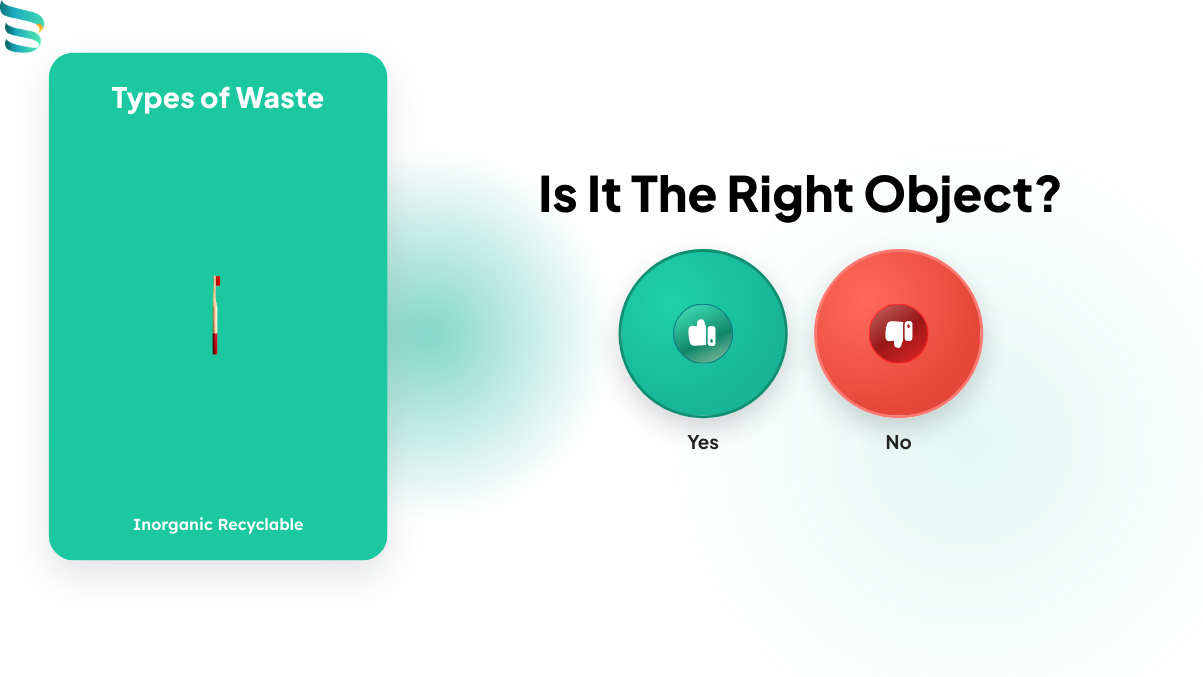
Repository: william-saputra/nusabin
Page: pages/products.html
The author's editor kept a copy of each file at every save. The page is drawn from the files as they stood at one save, then again after the next save.
The browser window is 1280 px wide. The pictures show the whole page, at 94% of full size.

Above is the page before, as saved 2025-08-13 10:55:27.

### pages/products.html
<!DOCTYPE html>
<html lang="en">
  <head>
    <meta charset="UTF-8" />
    <meta name="viewport" content="width=device-width, initial-scale=1.0" />
    <title>Nusabin – Products</title>
    <link href="https://fonts.googleapis.com/css2?family=Lexend:wght@400;600;700;800&family=Plus+Jakarta+Sans:wght@600;700;800&display=swap" rel="stylesheet" />
    <link rel="stylesheet" href="../styles/base.css" />
    <link rel="stylesheet" href="../styles/pages/products.css" />
  </head>
  <body>
    <div class="products-page">
      <header class="topbar">
        <img src="../assets/images/green_logo.png" alt="Nusabin" class="logo" />
        <div class="spacer"></div>
      </header>

      <main class="products-layout container">
        <section class="left-col">
          <article class="waste-card" aria-label="Types of Waste card">
            <h2 class="card-title">Types of Waste</h2>
            <div class="waste-visual">
              <img src="../assets/images/toothbrush.png" alt="Toothbrush" class="waste-image" />
            </div>
            <div class="waste-label">Inorganic Recyclable</div>
          </article>
        </section>

        <section class="right-col">
          <h1 class="page-heading">Is It The Right Object?</h1>
          <div class="actions" role="group" aria-label="Confirmation actions">
            <div class="action">
              <button class="round-btn yes" type="button" aria-label="Yes">
                <img src="../assets/icons/yes.svg" alt="Yes" />
              </button>
              <div class="btn-caption">Yes</div>
            </div>
            <div class="action">
              <button class="round-btn no" type="button" aria-label="No">
                <img src="../assets/icons/no.svg" alt="No" />
              </button>
              <div class="btn-caption">No</div>
            </div>
          </div>
        </section>
      </main>
    </div>
  </body>
  </html>

### styles/base.css
:root {
  --bg: #f6f9f8;
  --card: #ffffff;
  --text: #0b1220;
  --muted: #6b7280;
  --primary: #1cb59b;
  --danger: #e53935;
  --warning: #ffb74d;
  --ring: rgba(28, 181, 155, 0.35);
}

* { box-sizing: border-box; }
html, body { height: 100%; }
body {
  margin: 0;
  font-family: Lexend, Inter, system-ui, -apple-system, Segoe UI, Roboto, Helvetica, Arial, "Apple Color Emoji", "Segoe UI Emoji";
  color: var(--text);
  background: radial-gradient(1200px 700px at 70% 70%, #7ed8c4 0%, #b8efe5 35%, #f6f9f8 65%) no-repeat fixed;
}

/* Generic layout */
.homepage { padding: 24px; }
.topbar { display: flex; align-items: center; gap: 16px; }
.spacer { flex: 1 1 auto; }
.logo { height: 56px; }

.theme-toggle { display: flex; align-items: center; gap: 10px; font-weight: 600; }
.theme-toggle .label { opacity: 0.9; }

/* Toggle */
.switch { position: relative; display: inline-block; width: 54px; height: 30px; }
.switch input { display: none; }
.slider { position: absolute; cursor: pointer; top: 0; left: 0; right: 0; bottom: 0; background: #111; transition: .2s; border-radius: 999px; }
.slider:before { position: absolute; content: ""; height: 22px; width: 22px; left: 4px; bottom: 4px; background: #fff; transition: .2s; border-radius: 50%; }
input:checked + .slider { background: #cdd2d6; }
input:checked + .slider:before { transform: translateX(24px); }

/* Alerts */
.alerts { display: grid; grid-template-columns: 1fr; gap: 12px; margin: 18px 0; }
.alert { display: grid; grid-template-columns: auto 1fr auto; align-items: center; gap: 12px; padding: 8px 16px; border-radius: 50px; box-shadow: 0 8px 24px rgba(0,0,0,.06); font-family: Lexend, Inter, sans-serif; border: 1px solid currentColor; }
.alert .text { font-weight: 600; letter-spacing: .2px; }
.alert .close { appearance: none; border: 0; background: transparent; cursor: pointer; opacity: 0.6; font-size: 16px; color: inherit; }
.alert.pill[data-variant="danger"] { color: #FF2828; background: #FFECEC; }
.alert.pill[data-variant="warning"] { color: #EA800E; background: #FFF2E3; }
.alert-icon { flex: 0 0 auto; width: 40px; height: 40px; }

/* Align alerts: left and right margins consistent */
.left-col .alerts, .right-panel .alerts { margin: 16px 8px; }

/* Page bottom glow circle */
.page-bottom-decor { position: fixed; left: 50%; bottom: -180px; transform: translateX(-50%); width: 1200px; height: 1200px; border-radius: 50%; background: radial-gradient(closest-side, rgba(18,184,134,0.35), rgba(18,184,134,0) 70%); filter: blur(12px); pointer-events: none; z-index: -1; }

/* Main layout */
.layout { display: grid; grid-template-columns: 1.35fr 480px; gap: 24px; align-items: start; }
.left-col { display: block; }
.left-grid { display: grid; grid-template-columns: 1.7fr 1fr; gap: 18px; }

.card { background: var(--card); border-radius: 22px; padding: 28px; box-shadow: 0 6px 20px rgba(0,0,0,.06); position: relative; overflow: hidden; }
.card::before, .card::after { content: ""; position: absolute; pointer-events: none; border-radius: 50%; filter: blur(40px); opacity: 0.9; }
.card::before { width: 260px; height: 180px; top: -70px; right: 30px; background: radial-gradient(closest-side, rgba(255,189,57,0.55), rgba(255,189,57,0) 70%); }
.card::after  { width: 220px; height: 160px; top: -50px; left: 40%; transform: translateX(-50%); background: radial-gradient(closest-side, rgba(255,225,149,0.55), rgba(255,225,149,0) 70%); }
.card-buckets { display: block; background: #E2F6EC; min-height: 460px; }
.card-bucket-single { display: block; background: #E2F6EC; min-height: 460px; }

.bucket-group { display: grid; grid-template-columns: 1fr 1fr; gap: 36px; justify-items: center; }
.bucket-item { display: grid; justify-items: center; gap: 10px; }
.bucket-svg { width: 100%; max-width: 240px; height: auto; display: block; }
.bucket-static { pointer-events: none; }

.bucket-metrics { text-align: center; }
.bucket-metrics .percent { font-weight: 800; font-size: 28px; color: #12B886; }
.bucket-metrics .percent.danger { color: #F44336; }
.bucket-metrics .liter { color: #6C757D; font-size: 16px; }

.chip { display: inline-flex; flex-direction: column; align-items: center; gap: 4px; padding: 14px 22px; border-radius: 16px; background: #fff; border: 1.5px solid #0DC798; font-size: 22px; line-height: 1.1; min-height: 52px; min-width: 240px; }
.chip span { color: #6C757D; font-weight: 500; }
.chip strong { font-weight: 700; }
.chip-positive strong { color: #12B886; }
.chip-negative strong { color: #F44336; }
.chip {
  background-image: radial-gradient(circle at 20% 20%, rgba(13, 207, 173, 0.12) 0 20%, rgba(13, 207, 173, 0) 21%),
                    radial-gradient(circle at 80% 60%, rgba(13, 207, 173, 0.12) 0 20%, rgba(13, 207, 173, 0) 21%);
  background-size: 120px 120px, 140px 140px;
}

.chip-2line { font-size: 15px; }

.right-panel { display: grid; grid-template-rows: 1fr auto; gap: 18px; }
.right-panel { background: linear-gradient(180deg, #72c9bd 0%, #3ba79b 35%, #1b6f67 100%); padding: 20px; border-radius: 16px; }
.machine-wrapper { display: grid; place-items: center; background: linear-gradient(180deg, rgba(255,255,255,0.18), rgba(255,255,255,0)); border-radius: 16px; min-height: 400px; box-shadow: inset 0 0 0 1px rgba(255,255,255,0.15); }
.machine { max-width: 100%; height: auto; object-fit: contain; transform: scale(1.3); transform-origin: center; }

.status-panel { background: transparent; border-radius: 16px; padding: 0; display: grid; gap: 16px; }
.status-row { display: flex; align-items: center; justify-content: space-between; padding: 16px 18px; border-radius: 18px; }
.status-row .label { font-weight: 600; font-size: 24px; }
.status-row.variant-dark { background: #1f3b3f; color: #ffffff; }
.status-row.variant-light { background: #ffffff; color: #111; border: 3px solid #22c3a4; box-shadow: 0 8px 24px rgba(0,0,0,.08); }
.status-pill { border-radius: 999px; padding: 10px 22px; font-weight: 600; font-size: 18px; }
.pill-open { background: #f1c24e; color: #ffffff; border: 4px solid #ffffff; box-shadow: 0 2px 0 rgba(0,0,0,.06) inset; }
.pill-on { background: #ecfffb; color: #12b89a; border: 4px solid #12b89a; }

.clickable-area { cursor: pointer; }

/* Decorative half-circle with glow on the left bottom */
.left-col { position: relative; }
.left-col::after { content: ""; position: absolute; left: 50%; transform: translateX(-10%); bottom: -40px; width: 560px; height: 560px; border-bottom-left-radius: 560px; border-bottom-right-radius: 560px; border-top-left-radius: 560px; border-top-right-radius: 560px; background: radial-gradient(closest-side, rgba(28,181,155,0.55), rgba(28,181,155,0) 70%); filter: blur(6px); z-index: -1; }
.left-col::before { content: ""; position: absolute; left: 40%; transform: translateX(-50%); bottom: 20px; width: 380px; height: 220px; border-radius: 380px 380px 0 0; background: radial-gradient(closest-side, rgba(60,220,178,0.7), rgba(60,220,178,0) 70%); filter: blur(20px); z-index: -1; }

/* Dark mode */
.dark body, body.dark { background: radial-gradient(1200px 700px at 70% 70%, #0e3c3b 0%, #0f6b61 35%, #071b1a 65%); color: #e5f6f1; }
body.dark .card, body.dark .status-panel { background: #0a1414; color: #e6f5f1; }
body.dark .chip { background: #08201c; border-color: #0f3f36; }
body.dark .bucket-metrics .percent { color: #55e3c7; }
body.dark .status-row { background: #051010; }
body.dark .status-pill { background: #0b2a26; }

/* Utilities for specific wrappers that shouldn't navigate */
.no-nav { pointer-events: auto; }

@media (max-width: 1100px) {
  .layout { grid-template-columns: 1fr; }
  .right-panel { order: -1; }
}

### styles/pages/products.css
:root{
	--bg:#ffffff;
	--teal:#1CC8A0;
	--teal-deep:#13a887;
	--teal-ring:#0f8e72;
	--red:#e4473a;
	--red-ring:#ff7a70;
	--text:#000000;
	--muted:#666666;
}

*{box-sizing:border-box}
html,body{height:100%}
body{margin:0;font-family:Lexend,system-ui,Segoe UI,Roboto,Helvetica,Arial,sans-serif;color:var(--text);background:#fff}

/* subtle bottom-right green gradient (very soft) */
.products-page{min-height:100vh;position:relative}
.products-page::after{content:"";position:fixed;right:-200px;bottom:-200px;width:900px;height:900px;border-radius:50%;background:radial-gradient(closest-side, rgba(28,200,160,0.12), rgba(28,200,160,0) 70%);filter:blur(12px);pointer-events:none;z-index:-1}

.container{max-width:1240px;margin:0 auto;padding:0 32px}

/* Layout */
.products-layout{display:grid;grid-template-columns:360px 1fr;gap:64px;align-items:center}
.left-col,.right-col{display:block}

/* Waste card */
.waste-card{background:var(--teal);color:#fff;border-radius:26px;padding:28px;box-shadow:0 16px 40px rgba(16,24,40,0.12);display:flex;flex-direction:column;min-height:540px;align-items:center}
.card-title{margin:0 0 16px;font-weight:800;font-size:30px;letter-spacing:.2px;font-family:"Plus Jakarta Sans", Lexend, system-ui, sans-serif;text-align:center}
.waste-visual{flex:1 1 auto;display:grid;place-items:center;width:100%}
.waste-image{max-height:70%;max-width:80%;height:100px;width:auto;object-fit:contain;margin:0 auto}
.waste-label{text-align:center;font-size:17px;font-weight:600;margin-top:auto;padding-top:18px;width:100%}

/* Right column */
.page-heading{margin:0 0 28px;font-weight:800;font-size:52px;letter-spacing:.2px;text-align:center;font-family:"Plus Jakarta Sans", Lexend, system-ui, sans-serif}
.actions{display:flex;align-items:center;justify-content:center;gap:28px}
.action{display:grid;justify-items:center;gap:12px}

.round-btn{appearance:none;border:0;cursor:pointer;border-radius:999px;width:180px;height:180px;display:grid;place-items:center;box-shadow:0 12px 28px rgba(16,24,40,0.18);transition:transform .15s ease, box-shadow .15s ease}
.round-btn img{width:64px;height:64px}
.round-btn:focus{outline:3px solid rgba(0,0,0,.15);outline-offset:3px}
.round-btn:hover{transform:scale(1.03);box-shadow:0 16px 36px rgba(16,24,40,0.22)}
.round-btn:active{transform:scale(.98)}

.round-btn.yes{background:radial-gradient(circle at 30% 30%, #1fd1aa, #18b495 70%);border:3px solid var(--teal-ring)}
.round-btn.no{background:radial-gradient(circle at 30% 30%, #ff6a5d, #e4473a 70%);border:3px solid var(--red-ring)}

.btn-caption{font-size:20px;font-weight:700;color:#222;font-family:"Plus Jakarta Sans", Lexend, system-ui, sans-serif}

@media (max-width:1100px){
	.products-layout{grid-template-columns:1fr;gap:32px}
	.page-heading{font-size:44px}
	.actions{gap:22px}
	.round-btn{width:156px;height:156px}
}

After the next save:
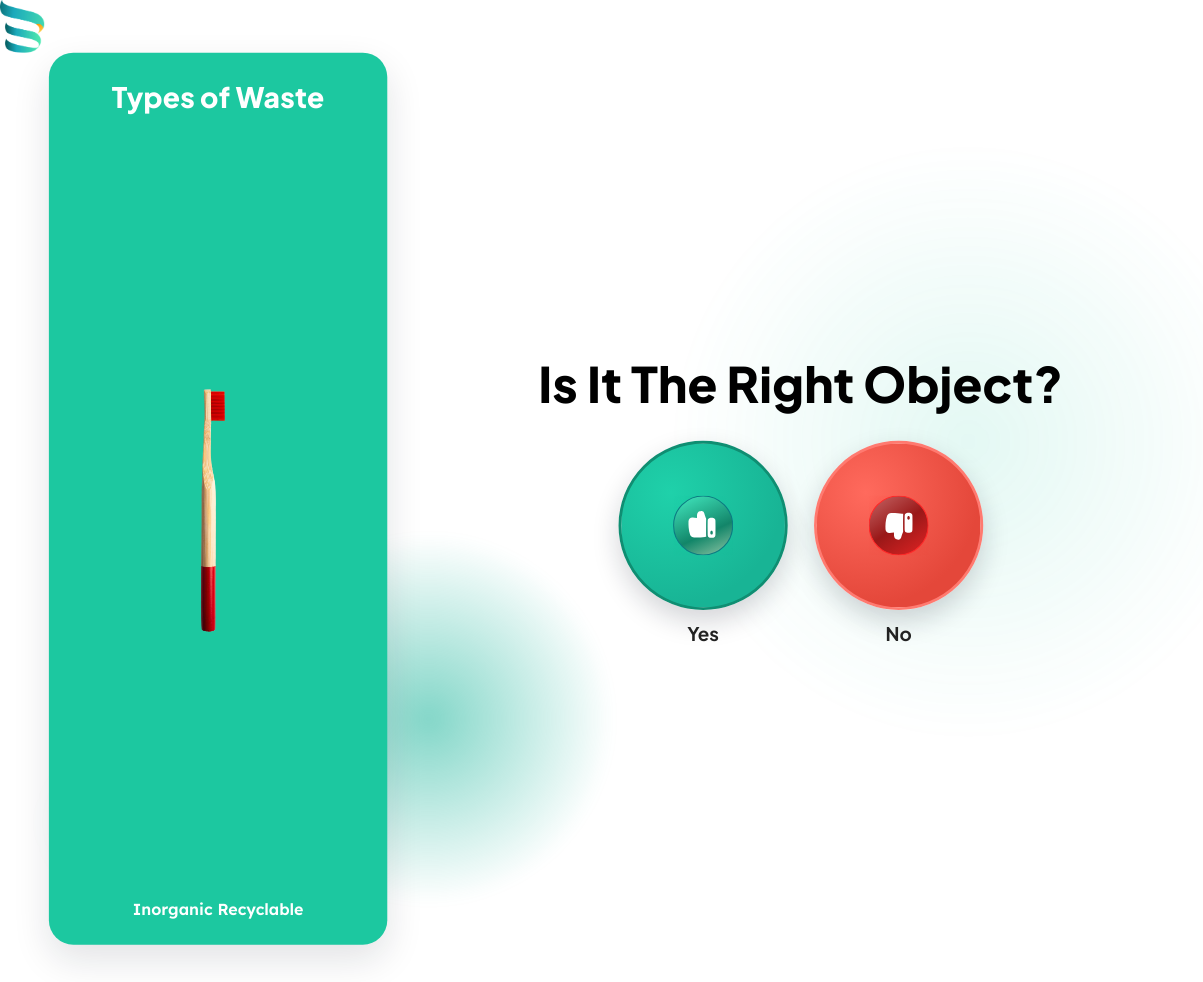
Saved 5 s later.
--- a/styles/pages/products.css
+++ b/styles/pages/products.css
@@ -27,7 +27,7 @@ body{margin:0;font-family:Lexend,system-ui,Segoe UI,Roboto,Helvetica,Arial,sans-
 .waste-card{background:var(--teal);color:#fff;border-radius:26px;padding:28px;box-shadow:0 16px 40px rgba(16,24,40,0.12);display:flex;flex-direction:column;min-height:540px;align-items:center}
 .card-title{margin:0 0 16px;font-weight:800;font-size:30px;letter-spacing:.2px;font-family:"Plus Jakarta Sans", Lexend, system-ui, sans-serif;text-align:center}
 .waste-visual{flex:1 1 auto;display:grid;place-items:center;width:100%}
-.waste-image{max-height:70%;max-width:80%;height:100px;width:auto;object-fit:contain;margin:0 auto}
+.waste-image{max-height:70%;max-width:80%;height:800px;width:auto;object-fit:contain;margin:0 auto}
 .waste-label{text-align:center;font-size:17px;font-weight:600;margin-top:auto;padding-top:18px;width:100%}
 
 /* Right column */
